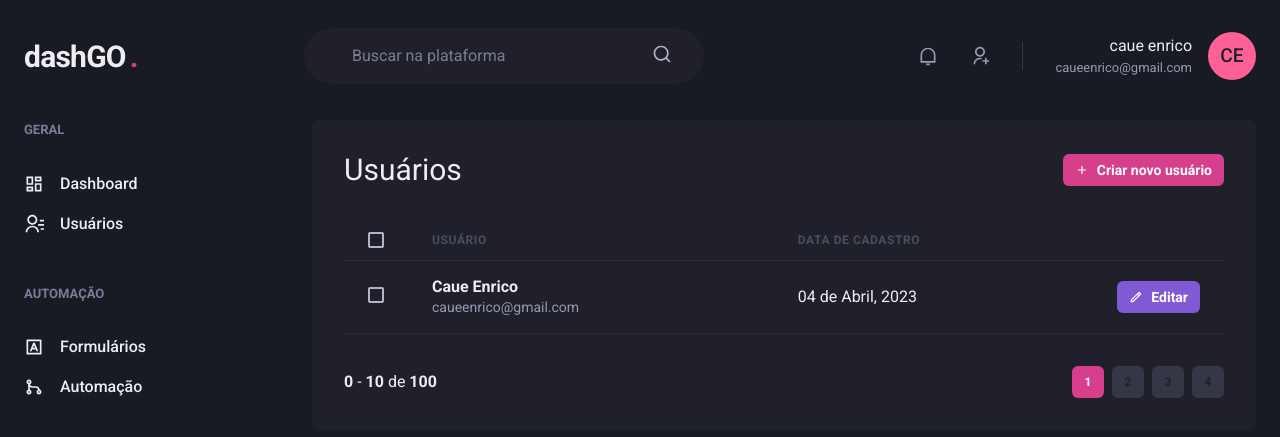
Repository: caueenrico/DashGO
Page: /user/create
An editor plug-in stored every save of this project. The page is shown before and after the next save, followed by the edit.
The browser window is 1280 px wide. The pictures show the whole page.
The project was rebuilt for these pictures with package versions that can differ from the ones it lists, and the page was loaded fresh each time. The framework's server and built-in components were replaced by stand-ins that run in the browser. Also part of the build but not shown: next.config.js.

Above is the page before, as saved 2023-03-16 15:42:42.

After the next save:
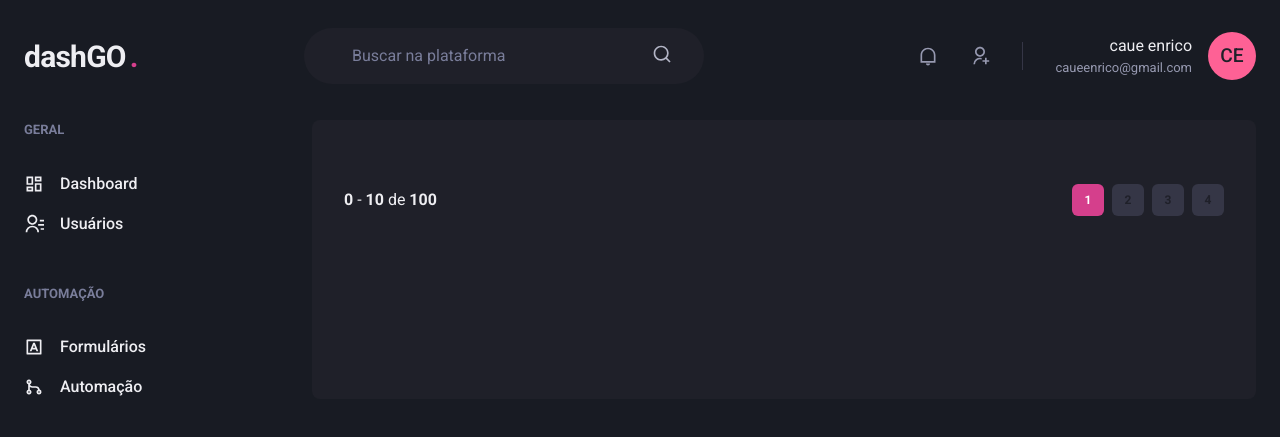
Saved 11 s later.
--- a/src/pages/user/create.tsx
+++ b/src/pages/user/create.tsx
@@ -14,56 +14,6 @@ export default function UserList() {
         <SideBar />
 
         <Box flex="1" borderRadius={8} bg="gray.800" p="8">
-          <Flex mb="8" justify="space-between" align="center">
-            <Heading size="lg" fontWeight="normal">Usuários</Heading>
-
-            <Button as="a" size="sm" fontSize="sm" colorScheme="pink" leftIcon={<Icon as={RiAddLine}/>} >
-              Criar novo usuário
-            </Button>
-          </Flex>
-
-          <Table colorScheme="whiteAlpha">
-
-            <Thead>
-
-              <Tr>
-                <Th px="6" color="gray.300" w="8" >
-                  <Checkbox colorScheme="pink"/>
-                </Th>
-                <Th>Usuário</Th>
-                <Th>Data de cadastro</Th>
-                <Th w="8" ></Th>
-              </Tr>
-
-            </Thead>
-
-            <Tbody>
-              <Tr>
-
-                <Td>
-                  <Checkbox colorScheme="pink"/>
-                </Td>
-
-                <Td>
-                  <Box>
-                    <Text fontWeight="bold">Caue Enrico</Text>
-                    <Text fontSize="sm" color="gray.300">
-                      caueenrico@gmail.com
-                    </Text>
-                  </Box>
-                </Td>
-
-                <Td>04 de Abril, 2023</Td>
-
-                <Td>
-                  <Button as="a" size="sm" fontSize="sm" colorScheme="purple" leftIcon={<Icon as={RiPencilLine}/>} >
-                    Editar
-                  </Button>
-                </Td>
-
-              </Tr>
-            </Tbody>
-          </Table>
 
           <Pagination />
         </Box>
